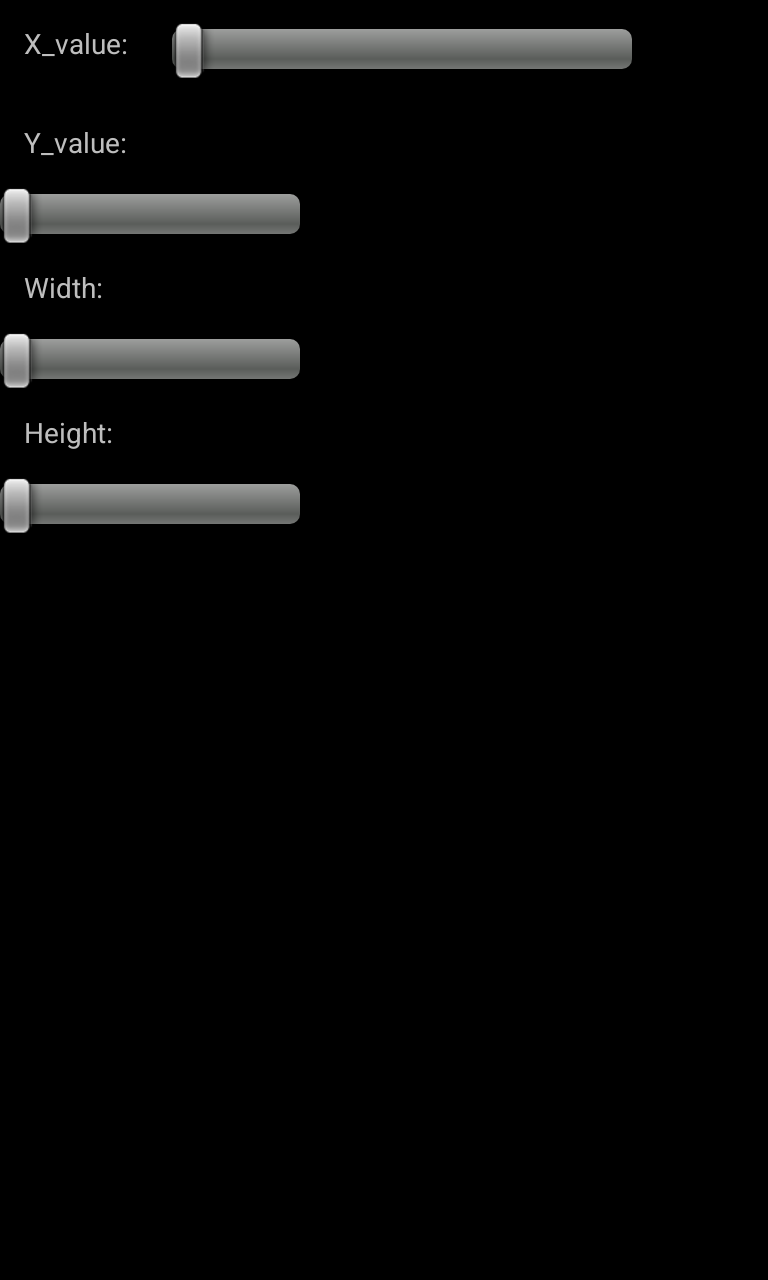
Repository: hzhang15/AndroidForm
Layout: workspace/demo_form_field/res/layout/test.xml
These files come from the project's save history. The layout is drawn as it stood at one moment and after the next save; the edit follows.
It is drawn on a 768 x 1280 px phone screen (xhdpi) without system bars, with theme android:Theme; the app's code is not run.

Above is the layout before, as saved 2014-09-21 05:51:15.

### workspace/demo_form_field/res/layout/test.xml
<?xml version="1.0" encoding="utf-8"?>
<LinearLayout xmlns:android="http://schemas.android.com/apk/res/android"
    android:layout_width="fill_parent"
    android:layout_height="fill_parent"
    android:orientation="vertical"
    >
    <LinearLayout
        android:layout_width="wrap_content"
        android:layout_height="wrap_content"
        android:orientation="horizontal"
        >
    	<TextView
    	    android:layout_width="wrap_content"
            android:layout_height="wrap_content"
    	    android:padding="12dp"
    	    android:text="@string/x_value" />
        <TextView
            android:id="@+id/textview1"
            android:layout_width="wrap_content"
            android:layout_height="wrap_content" />
        <SeekBar
        android:id="@+id/seekBar1"
        android:layout_width="250dp"
        android:layout_height="wrap_content"
        android:padding="10dp"
        android:max="100"/>
    </LinearLayout>

   <LinearLayout
        android:layout_width="wrap_content"
        android:layout_height="wrap_content"
        android:orientation="horizontal"
        >
    	<TextView
    	    android:layout_width="wrap_content"
            android:layout_height="wrap_content"
    	    android:padding="12dp"
    	    android:text="@string/y_value" />
        <TextView
            android:id="@+id/textview2"
            android:layout_width="wrap_content"
            android:layout_height="wrap_content" />

    </LinearLayout>

    	<SeekBar
        android:id="@+id/seekBar2"
        android:layout_width="150dp"
        android:layout_height="wrap_content"
        android:max="200"/>

    <LinearLayout
        android:layout_width="wrap_content"
        android:layout_height="wrap_content"
        android:orientation="horizontal"
        >
    	<TextView
    	    android:layout_width="wrap_content"
            android:layout_height="wrap_content"
    	    android:padding="12dp"
    	    android:text="@string/width" />
        <TextView
            android:id="@+id/textview3"
            android:layout_width="wrap_content"
            android:layout_height="wrap_content" />

    </LinearLayout>

    	<SeekBar
        android:id="@+id/seekBar3"
        android:layout_width="150dp"
        android:layout_height="wrap_content"
        android:max="150"/>

    <LinearLayout
        android:layout_width="wrap_content"
        android:layout_height="wrap_content"
        android:orientation="horizontal"
        >
    	<TextView
    	    android:layout_width="wrap_content"
            android:layout_height="wrap_content"
    	    android:padding="12dp"
    	    android:text="@string/height" />
        <TextView
            android:id="@+id/textview4"
            android:layout_width="wrap_content"
            android:layout_height="wrap_content" />

    </LinearLayout>

    	<SeekBar
        android:id="@+id/seekBar4"
        android:layout_width="150dp"
        android:layout_height="wrap_content"
        android:max="175"/>


</LinearLayout>

### workspace/demo_form_field/res/values/strings.xml
<?xml version="1.0" encoding="utf-8"?>
<resources>

    <string name="hello">Hello World, mainActivity!</string>
    <string name="test_name">Test_Page</string>
    <string name="app_name">Demo_form_field</string>
	<string name="hint">Please enter the text!</string>
	<string name="x_value">X_value:</string>
	<string name="y_value">Y_value:</string>
	<string name="width">Width:</string>
	<string name="height">Height:</string>


</resources>

After the next save:
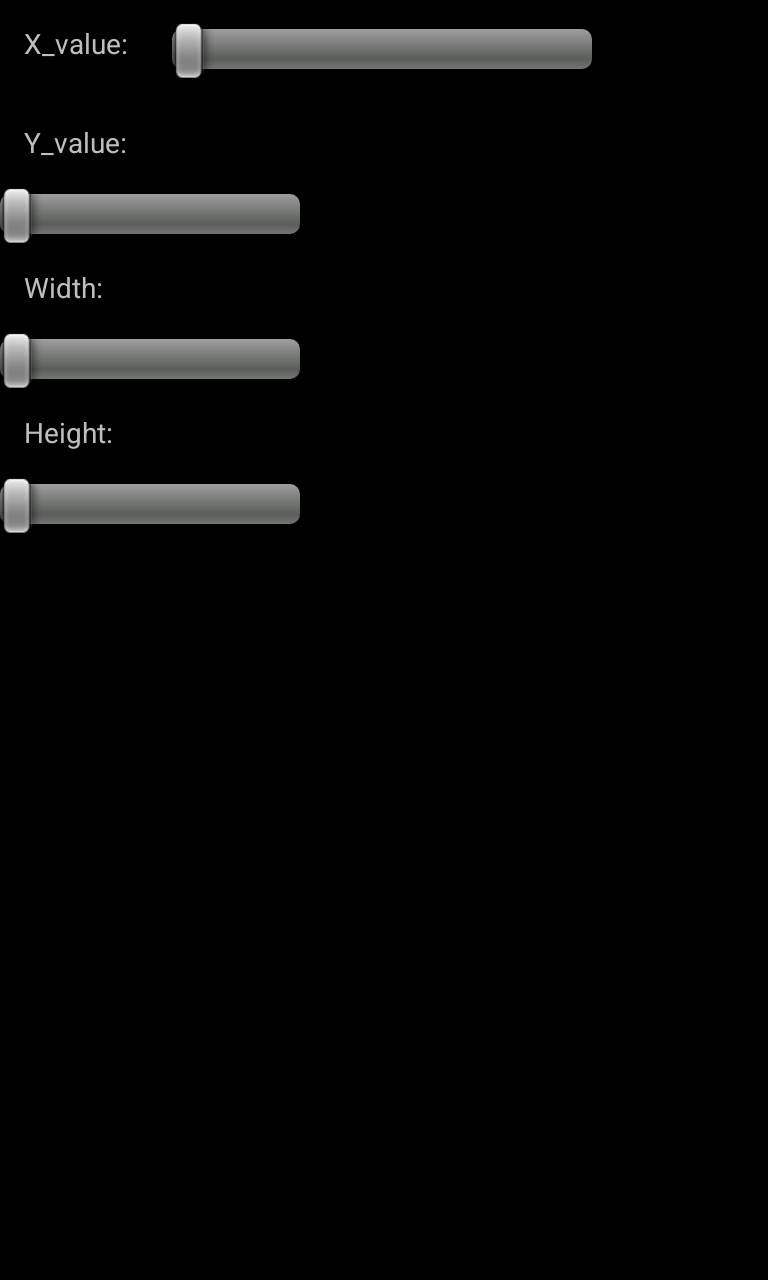
Saved 95 s later.
--- a/workspace/demo_form_field/res/layout/test.xml
+++ b/workspace/demo_form_field/res/layout/test.xml
@@ -20,7 +20,7 @@
             android:layout_height="wrap_content" />
         <SeekBar
         android:id="@+id/seekBar1"
-        android:layout_width="250dp"
+        android:layout_width="230dp"
         android:layout_height="wrap_content"
         android:padding="10dp"
         android:max="100"/>
